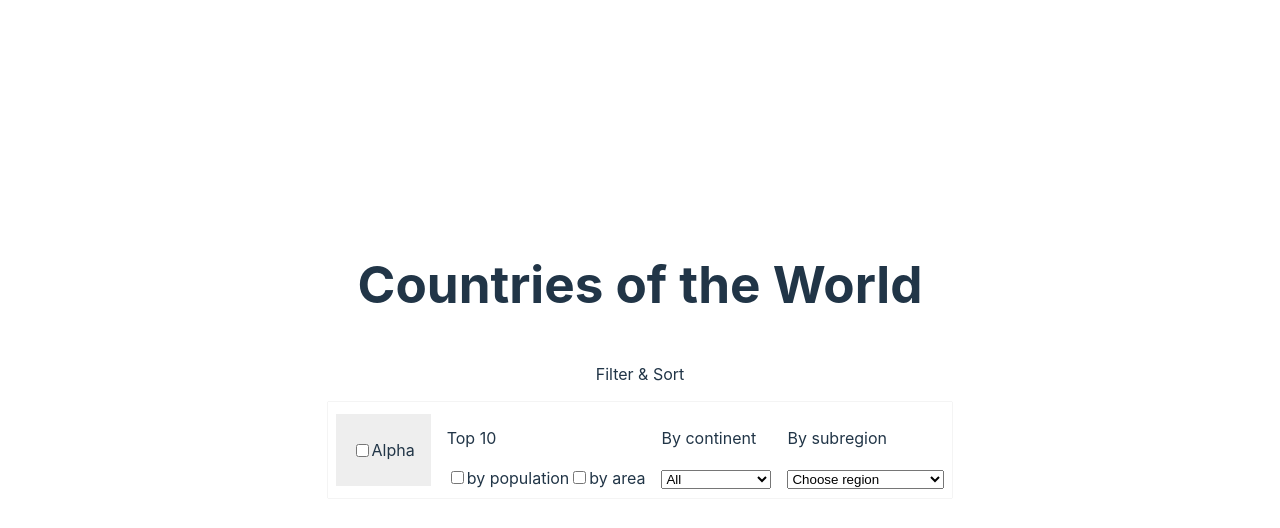
Repository: SamanthaYan298/my_countries
Page: /
The author's editor kept a copy of each file at every save. The page is drawn from the files as they stood at one save, then again after the next save.
The browser window is 1280 px wide. The pictures show the whole page.
The project was rebuilt for these pictures with package versions that can differ from the ones it lists, and the page was loaded fresh each time. Also part of the build but not shown: vite.config.js.

Above is the page before, as saved 2024-11-04 17:08:08.

After the next save:
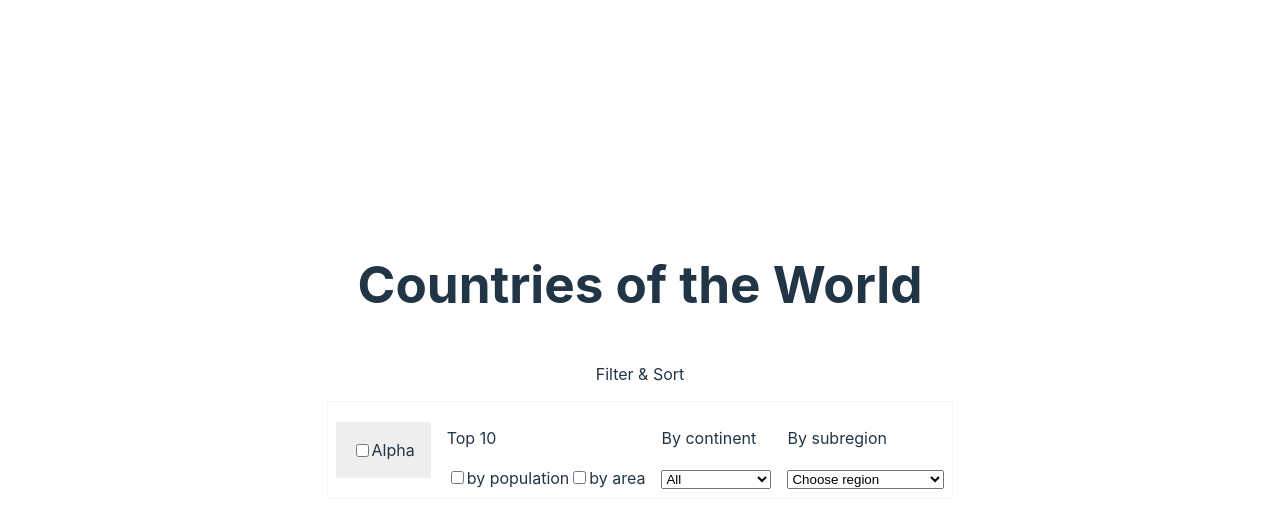
Saved 64 s later.
--- a/src/App.css
+++ b/src/App.css
@@ -25,7 +25,7 @@
   flex-direction: row;
   align-items: center;
   text-align: center;
-  padding: 0.5rem 1rem;
+  padding: 0 1rem;
   background-color: rgb(238, 238, 238);
 }
 

After the save that followed:
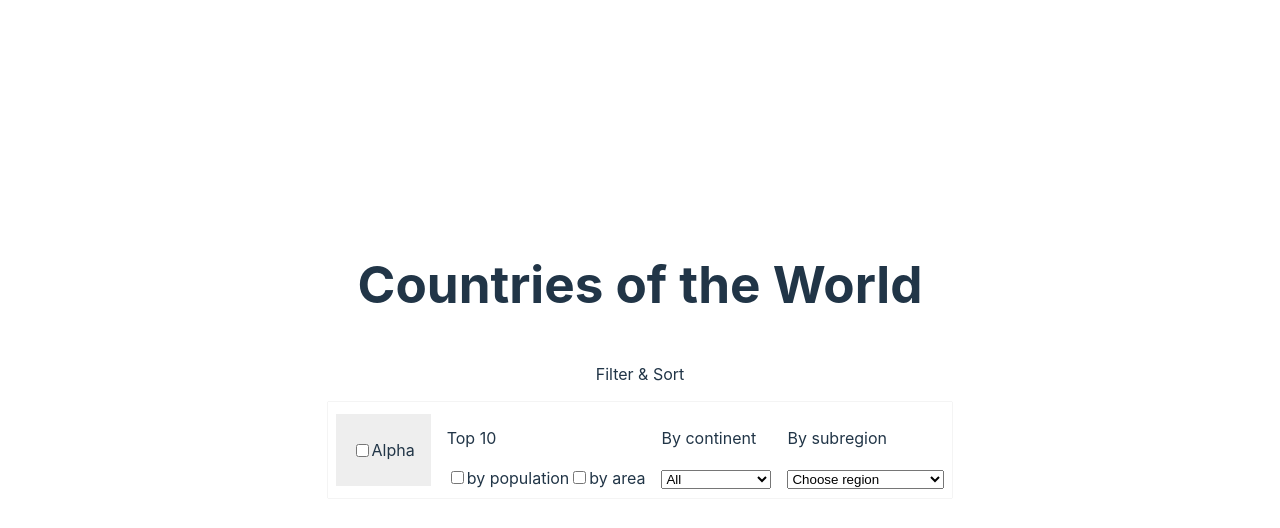
Saved 4 s later.
--- a/src/App.css
+++ b/src/App.css
@@ -25,7 +25,7 @@
   flex-direction: row;
   align-items: center;
   text-align: center;
-  padding: 0 1rem;
+  padding: 0.5rem 1rem;
   background-color: rgb(238, 238, 238);
 }
 
